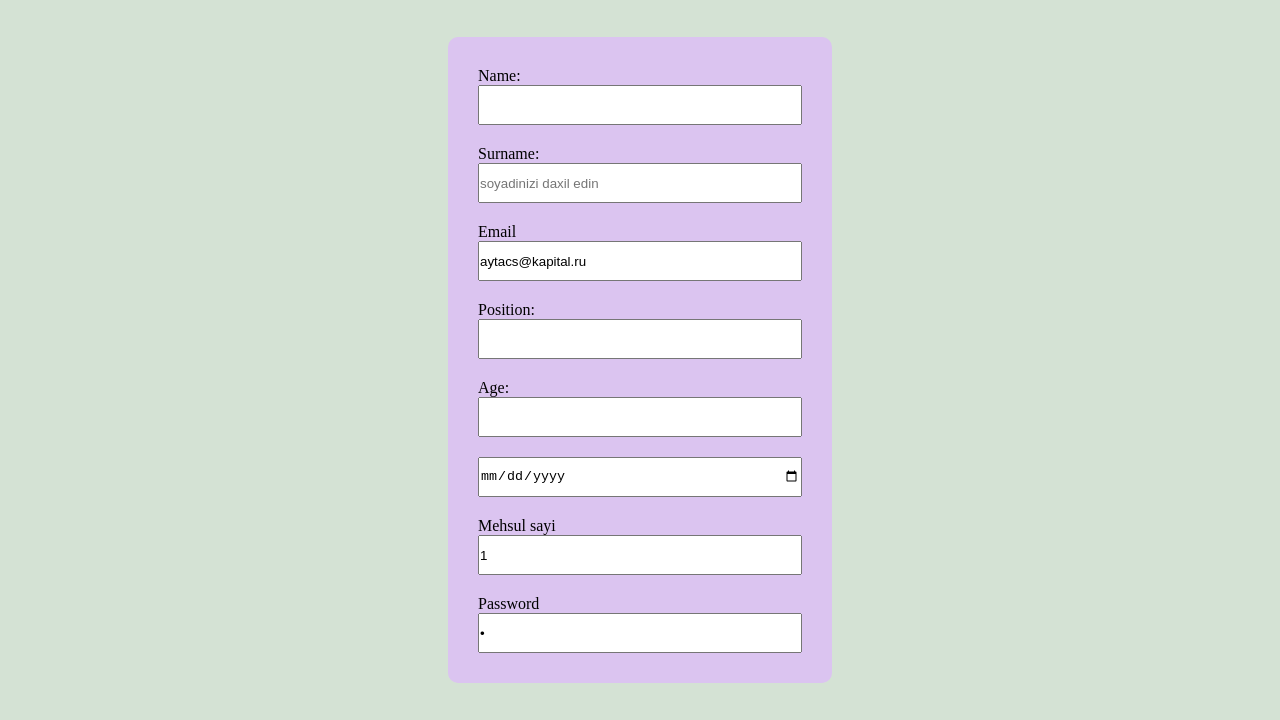
Repository: AytacSafarova/Form-lesson
Page: index.html
The author's editor kept a copy of each file at every save. The page is drawn from the files as they stood at one save, then again after the next save.
The browser window is 1280 px wide. The pictures show the whole page.

Above is the page before, as saved 2023-08-29 14:42:18.

### index.html
<!DOCTYPE html>
<html lang="en">
<head>
    <meta charset="UTF-8">
    <meta name="viewport" content="width=device-width, initial-scale=1.0">
    <title>Document</title>
    <link rel="stylesheet" href="./index.css">
</head>
<body>
    <div>
        <form action="https://randomuser.me/api/">
            <label for="">
                Name:
                <input type="text">
            </label>
            <label for="">
                Surname:
                <input placeholder="soyadinizi daxil edin" type="text">
            </label>
            <label for="">
             Email
                <input placeholder="emaili daxil edin" type="email" value="aytacs@kapital.ru">
            </label>
            <label for="">
                Position:
                <input type="text">
            </label>
            <label for="">
                Age:
                <input type="number">
            </label>
            <label for="">
                <input type="date">
            </label>
            <label for="">
                Mehsul sayi
                <input placeholder="mehsul sayini daxil edin" type="number" value="1">
            </label>

            <label for="">
               Password
                <input placeholder="mehsul sayini daxil edin" type="password" value="1">
            </label>
        </form>
    </div>
</body>
</html>

### index.css
*{
    margin: 0;
    padding: 0;
    box-sizing: border-box;
}
div{
    background-color: #D4E2D4;
   min-height: 100vh;
   width: 100%;
   display: flex;
   justify-content: center;
   align-items: center;
}
form{
    width: 30%;
    padding: 30px;
    background-color: #DBC4F0;
    border-radius: 10px;
    display: flex;
    flex-direction: column;
    gap: 20px;
}
input{
width: 100%;
height: 40px;
}

After the next save:
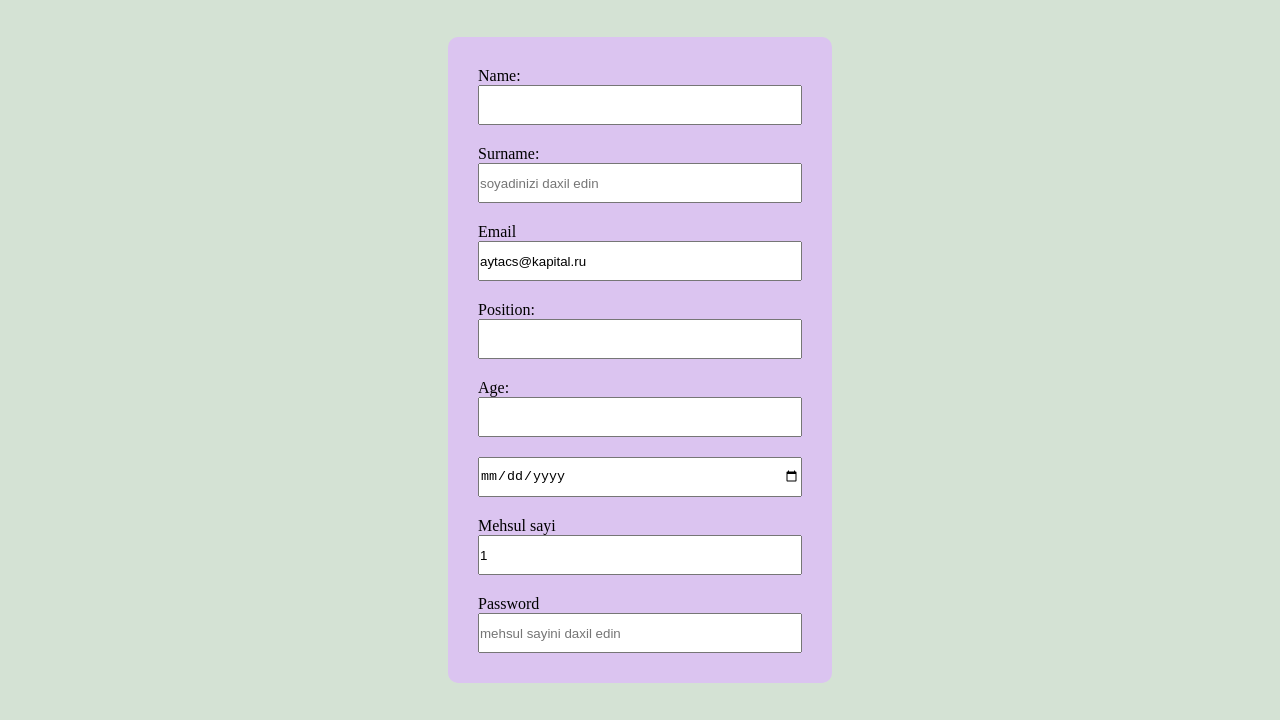
Saved 4 s later.
--- a/index.html
+++ b/index.html
@@ -39,7 +39,7 @@
 
             <label for="">
                Password
-                <input placeholder="mehsul sayini daxil edin" type="password" value="1">
+                <input placeholder="mehsul sayini daxil edin" type="password" >
             </label>
         </form>
     </div>
